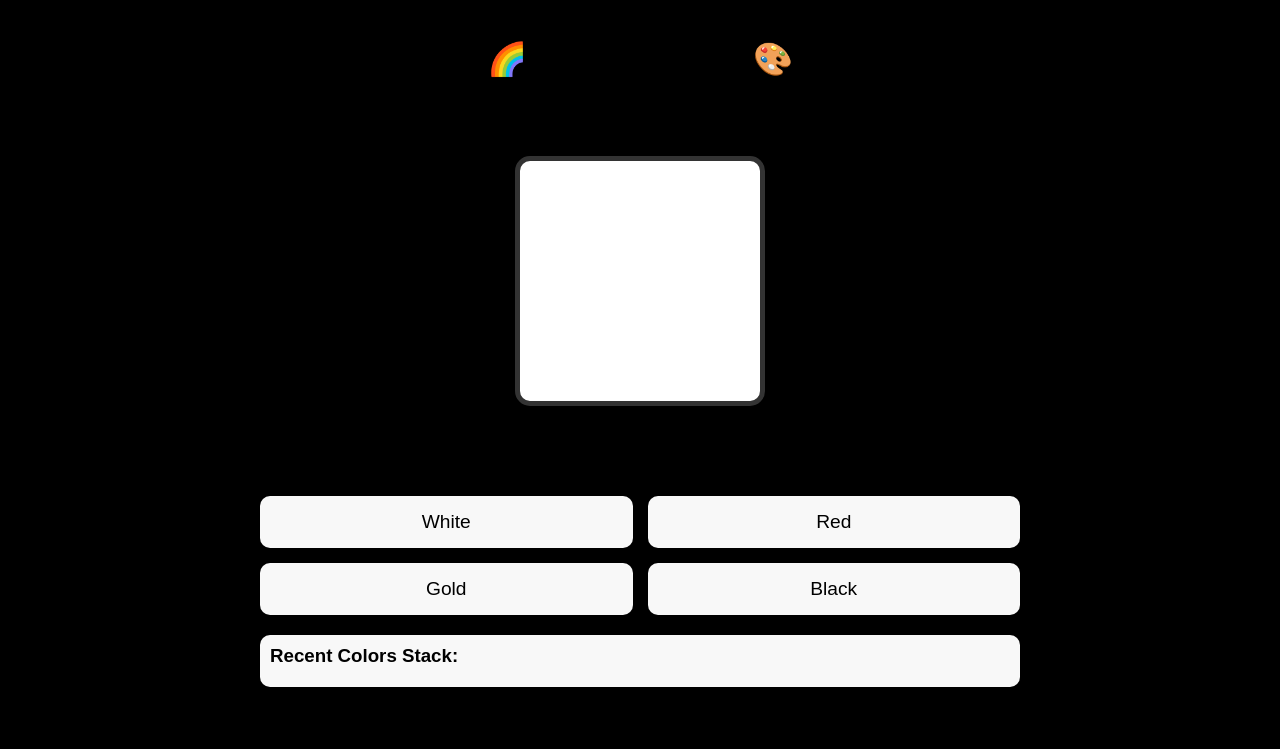
Repository: abhijeets54/learncolors
Page: project.html
An editor plug-in stored every save of this project. The page is shown before and after a run of saves, followed by the edit.
The browser window is 1280 px wide. The pictures show the whole page.

Above is the page before, as saved 2024-11-17 19:45:47.

After the next 4 saves:
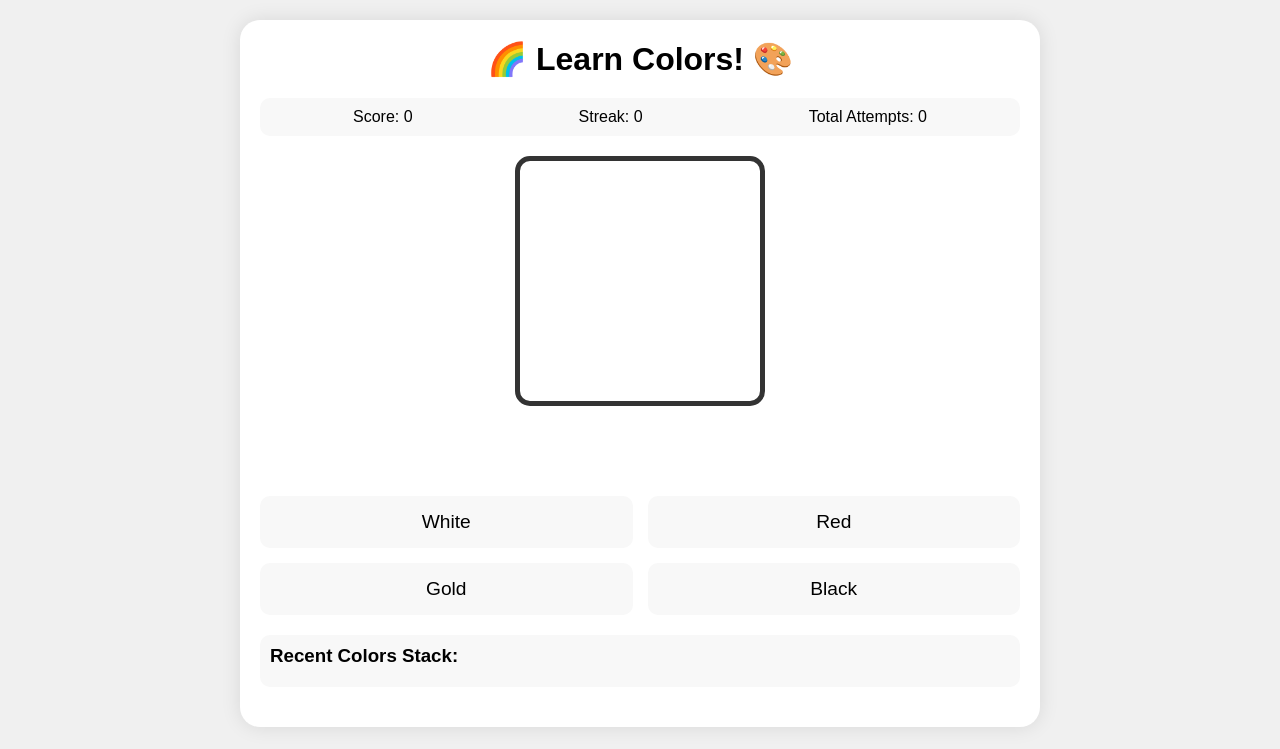
The 4 saves are shown as one change because they came seconds apart.
The last was saved 33 s later.
--- a/project.html
+++ b/project.html
@@ -14,14 +14,14 @@
 
         body {
             min-height: 100vh;
-            background: black;
+            background: #f0f0f0;
             padding: 20px;
         }
 
         .container {
             max-width: 800px;
             margin: 0 auto;
-            background: black;
+            background: white;
             padding: 20px;
             border-radius: 20px;
             box-shadow: 0 0 20px rgba(0,0,0,0.1);
@@ -37,7 +37,7 @@
             justify-content: space-around;
             margin: 20px 0;
             padding: 10px;
-            background: black;
+            background: #f8f8f8;
             border-radius: 10px;
         }
 
